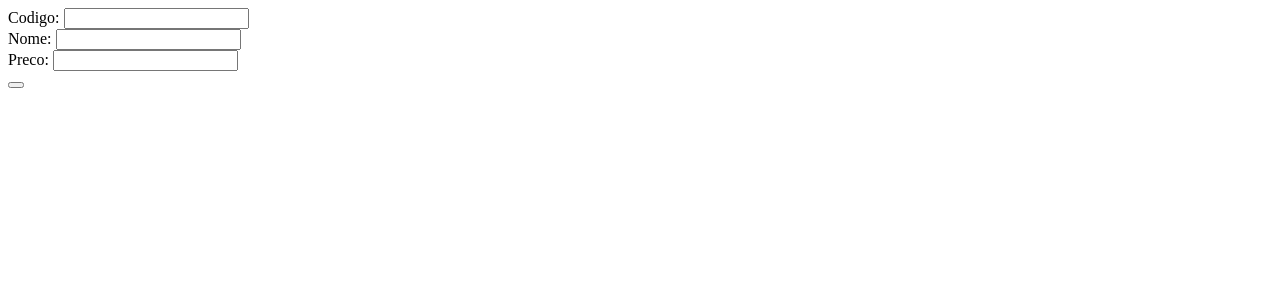
Repository: FelipeCorerato/crud-servlet-java
Page: Livraria/WebContent/Cadastro.html
These files come from the project's save history. The page is drawn as it stood at one moment and after the next save; the edit follows.
The browser window is 1280 px wide. The pictures show the whole page.

Above is the page before, as saved 2019-03-26 12:57:27.

### Livraria/WebContent/Cadastro.html
<!DOCTYPE html>
<html>
	<head>
		<meta charset="UTF-8">
		<title>Insert title here</title>
	</head>
	<body>
		<form method="GET" action="Cadastro">
			Codigo:
			<input type="text" id="codigo" name="codigo">
                        <br>
			Nome:
			<input type="text" id="nome" name="nome">
            <br>
            Preco:
			<input type="text" id="preco" name="preco">
                        <br>
                        <button type="submit"></button>
		</form>
	</body>
</html>

After the next save:
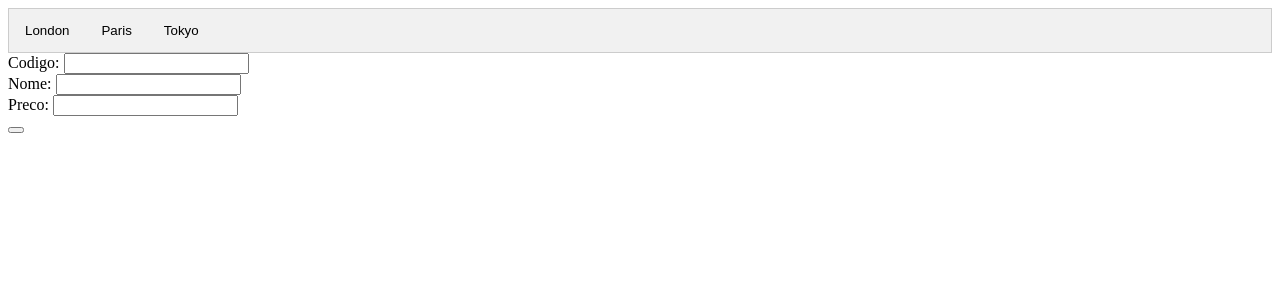
Saved 66 min 39 s later.
--- a/Livraria/WebContent/Cadastro.html
+++ b/Livraria/WebContent/Cadastro.html
@@ -3,19 +3,99 @@
 	<head>
 		<meta charset="UTF-8">
 		<title>Insert title here</title>
+		<script>
+			function openCity(evt, cityName) {
+			  // Declare all variables
+			  var i, tabcontent, tablinks;
+
+			  // Get all elements with class="tabcontent" and hide them
+			  tabcontent = document.getElementsByClassName("tabcontent");
+			  for (i = 0; i < tabcontent.length; i++) {
+			    tabcontent[i].style.display = "none";
+			  }
+
+			  // Get all elements with class="tablinks" and remove the class "active"
+			  tablinks = document.getElementsByClassName("tablinks");
+			  for (i = 0; i < tablinks.length; i++) {
+			    tablinks[i].className = tablinks[i].className.replace(" active", "");
+			  }
+
+			  // Show the current tab, and add an "active" class to the button that opened the tab
+			  document.getElementById(cityName).style.display = "block";
+			  evt.currentTarget.className += " active";
+			}
+		</script>
+		<style>
+			.tab {
+			  overflow: hidden;
+			  border: 1px solid #ccc;
+			  background-color: #f1f1f1;
+			}
+
+			/* Style the buttons that are used to open the tab content */
+			.tab button {
+			  background-color: inherit;
+			  float: left;
+			  border: none;
+			  outline: none;
+			  cursor: pointer;
+			  padding: 14px 16px;
+			  transition: 0.3s;
+			}
+
+			/* Change background color of buttons on hover */
+			.tab button:hover {
+			  background-color: #ddd;
+			}
+
+			/* Create an active/current tablink class */
+			.tab button.active {
+			  background-color: #ccc;
+			}
+
+			/* Style the tab content */
+			.tabcontent {
+			  display: none;
+			  padding: 6px 12px;
+			  border: 1px solid #ccc;
+			  border-top: none;
+			}
+		</style>
 	</head>
 	<body>
+		<div class="tab">
+			<button class="tablinks" onclick="openCity(event, 'London')">London</button>
+		  	<button class="tablinks" onclick="openCity(event, 'Paris')">Paris</button>
+		  	<button class="tablinks" onclick="openCity(event, 'Tokyo')">Tokyo</button>
+		</div>
+
+		<!-- Tab content -->
+		<div id="London" class="tabcontent">
+		 	<h3>London</h3>
+		  	<p>London is the capital city of England.</p>
+		</div>
+
+		<div id="Paris" class="tabcontent">
+		  	<h3>Paris</h3>
+		  	<p>Paris is the capital of France.</p>
+		</div>
+
+		<div id="Tokyo" class="tabcontent">
+		  	<h3>Tokyo</h3>
+		  	<p>Tokyo is the capital of Japan.</p>
+		</div>
+
 		<form method="GET" action="Cadastro">
 			Codigo:
 			<input type="text" id="codigo" name="codigo">
-                        <br>
+            <br>
 			Nome:
 			<input type="text" id="nome" name="nome">
             <br>
             Preco:
 			<input type="text" id="preco" name="preco">
-                        <br>
-                        <button type="submit"></button>
+            <br>
+            <button type="submit"></button>
 		</form>
 	</body>
 </html>
